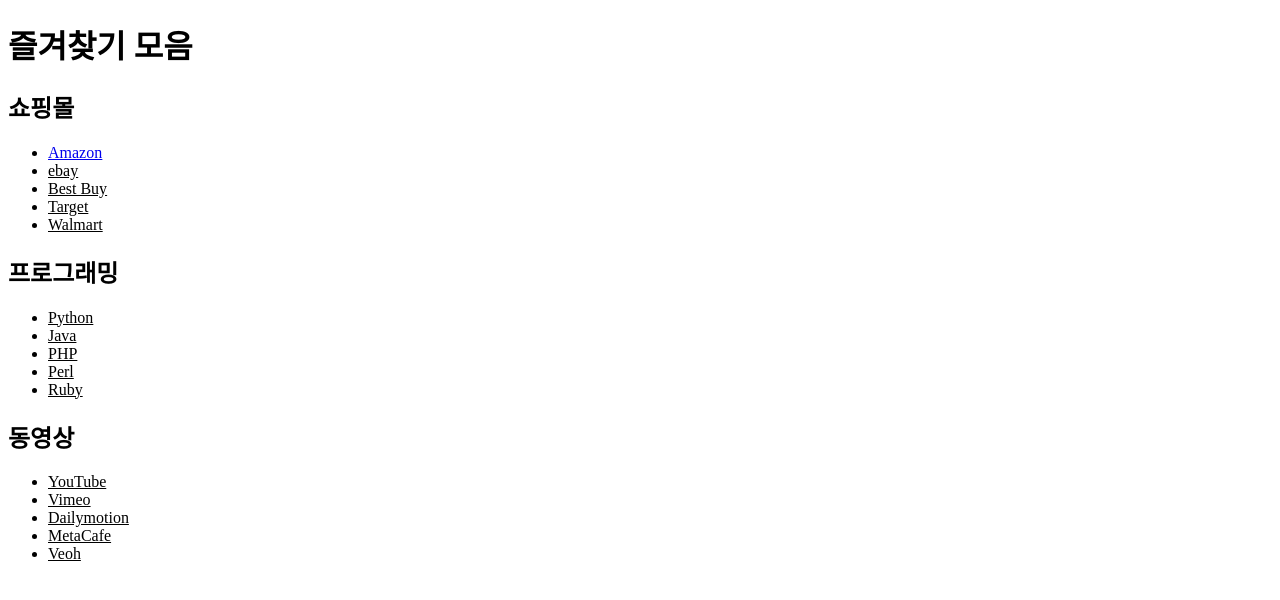
Repository: sujin9335/Front-end
Page: ClientTest/src/main/webapp/html/문제/7.html
An editor plug-in stored every save of this project. The page is shown before and after the next save, followed by the edit.
The browser window is 1280 px wide. The pictures show the whole page.

Above is the page before, as saved 2023-09-21 09:29:32.

### ClientTest/src/main/webapp/html/문제/7.html
<!DOCTYPE html>
<html>
<head>
<meta charset="UTF-8">
<title>Insert title here</title>
</head>
<body>

	<h1>즐겨찾기 모음</h1>
	<h2>쇼핑몰</h2>
		<ul>
			<li><a href="http://www.amazon.com Amazon"><u>Amazon</u></a> </li>
			<li href="http://www.ebay.com eBay"><u>ebay</u></li>
			<li href="http://www.bestbuy.com Best Buy"><u>Best Buy</u></li>
			<li href="http://www.target.com Target"><u>Target</u></li>
			<li href="http://www.walmart.com Walmart"><u>Walmart</u></li>
		</ul>
	<h2>프로그래밍</h2>
		<ul>
			<li href="http://www.python.org Python"><u>Python</u></li>
			<li href="http://www.java.com Java"><u>Java</u></li>
			<li href="http://www.php.net PHP"><u>PHP</u></li>
			<li href="http://www.perl.org Perl"><u>Perl</u></li>
			<li href="http://www.ruby-lang.org Ruby"><u>Ruby</u></li>
		</ul>
	<h2>동영상</h2>
		<ul>
			<li href="http://www.youtube.com YouTube"><u>YouTube</u></li>
			<li href="http://www.vimeo.com Vimeo"><u>Vimeo</u></li>
			<li href="http://www.dailymotion.com Dailymotion"><u>Dailymotion</u></li>
			<li href="http://www.metacafe.com MetaCafe"><u>MetaCafe</u></li>
			<li href="http://www.veoh.com Veoh"><u>Veoh</u></li>
		</ul>

</body>
</html>

After the next save:
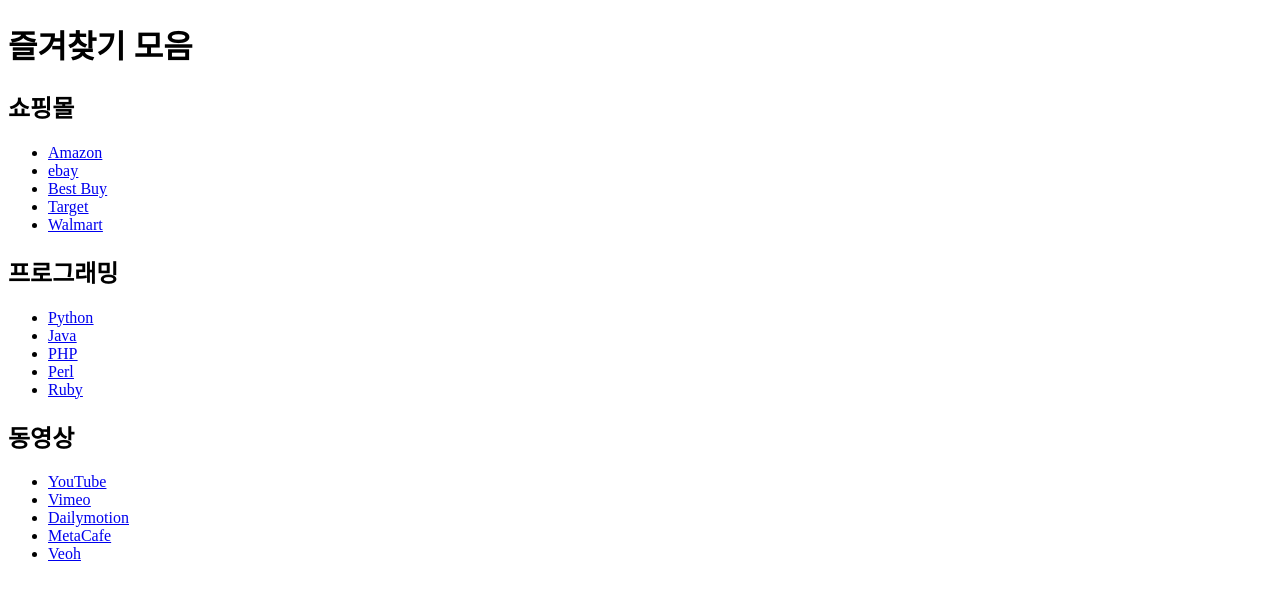
Saved 81 s later.
--- a/ClientTest/src/main/webapp/html/문제/7.html
+++ b/ClientTest/src/main/webapp/html/문제/7.html
@@ -9,27 +9,27 @@
 	<h1>즐겨찾기 모음</h1>
 	<h2>쇼핑몰</h2>
 		<ul>
-			<li><a href="http://www.amazon.com Amazon"><u>Amazon</u></a> </li>
-			<li href="http://www.ebay.com eBay"><u>ebay</u></li>
-			<li href="http://www.bestbuy.com Best Buy"><u>Best Buy</u></li>
-			<li href="http://www.target.com Target"><u>Target</u></li>
-			<li href="http://www.walmart.com Walmart"><u>Walmart</u></li>
+			<li><a href="http://www.amazon.com"><u>Amazon</u></a> </li>
+			<li><a href="http://www.ebay.com "><u>ebay</u></a></li>
+			<li><a href="http://www.bestbuy.com "><u>Best Buy</u></a></li>
+			<li><a href="http://www.target.com "><u>Target</u></a></li>
+			<li><a href="http://www.walmart.com "><u>Walmart</u></a></li>
 		</ul>
 	<h2>프로그래밍</h2>
 		<ul>
-			<li href="http://www.python.org Python"><u>Python</u></li>
-			<li href="http://www.java.com Java"><u>Java</u></li>
-			<li href="http://www.php.net PHP"><u>PHP</u></li>
-			<li href="http://www.perl.org Perl"><u>Perl</u></li>
-			<li href="http://www.ruby-lang.org Ruby"><u>Ruby</u></li>
+			<li><a href="http://www.python.org "><u>Python</u></a></li>
+			<li><a href="http://www.java.com "><u>Java</u></a></li>
+			<li><a href="http://www.php.net"><u>PHP</u></a></li>
+			<li><a href="http://www.perl.org"><u>Perl</u></a></li>
+			<li><a href="http://www.ruby-lang.org"><u>Ruby</u></a></li>
 		</ul>
 	<h2>동영상</h2>
 		<ul>
-			<li href="http://www.youtube.com YouTube"><u>YouTube</u></li>
-			<li href="http://www.vimeo.com Vimeo"><u>Vimeo</u></li>
-			<li href="http://www.dailymotion.com Dailymotion"><u>Dailymotion</u></li>
-			<li href="http://www.metacafe.com MetaCafe"><u>MetaCafe</u></li>
-			<li href="http://www.veoh.com Veoh"><u>Veoh</u></li>
+			<li><a href="http://www.youtube.com "><u>YouTube</u></a></li>
+			<li><a href="http://www.vimeo.com "><u>Vimeo</u></a></li>
+			<li><a href="http://www.dailymotion.com "><u>Dailymotion</u></a></li>
+			<li><a href="http://www.metacafe.com"><u>MetaCafe</u></a></li>
+			<li><a href="http://www.veoh.com"><u>Veoh</u></a></li>
 		</ul>
 
 </body>
